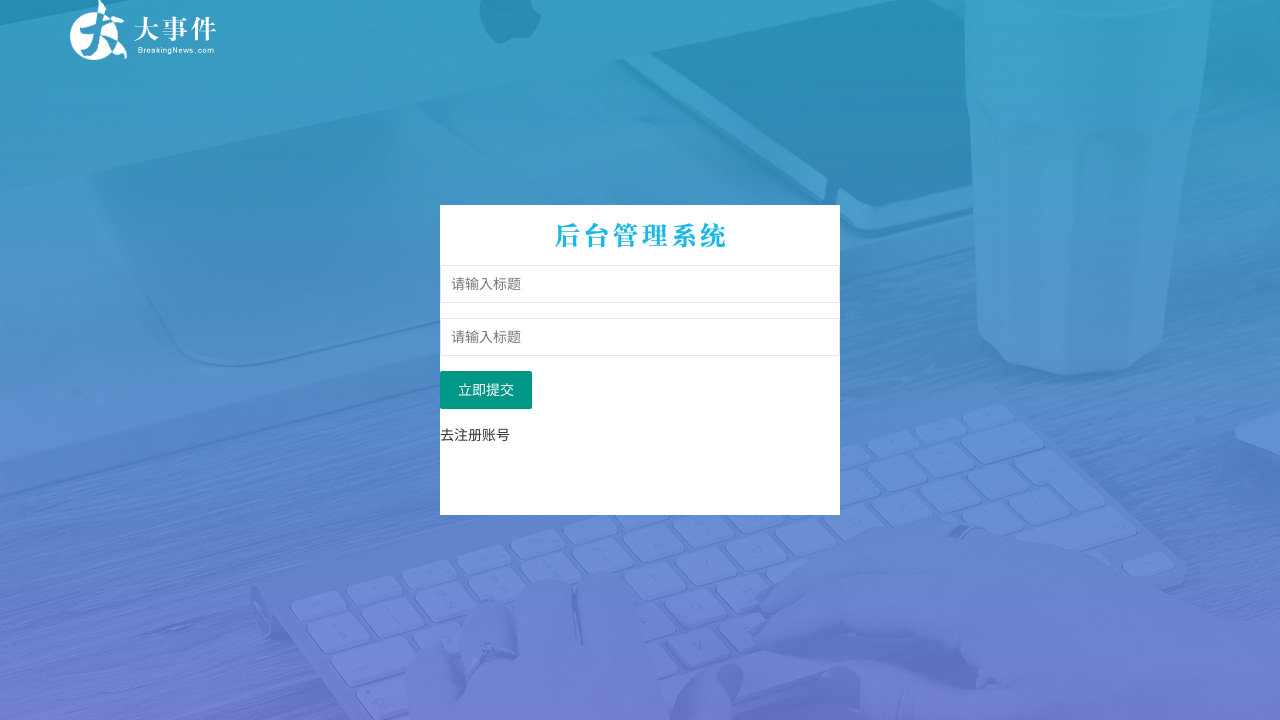
Repository: R1Deemo/Main-project
Page: login.html
These files come from the project's save history. The page is drawn as it stood at one moment and after the next save; the edit follows.
The browser window is 1280 px wide. The pictures show the whole page.

Above is the page before, as saved 2022-10-28 20:07:49.

After the next save:
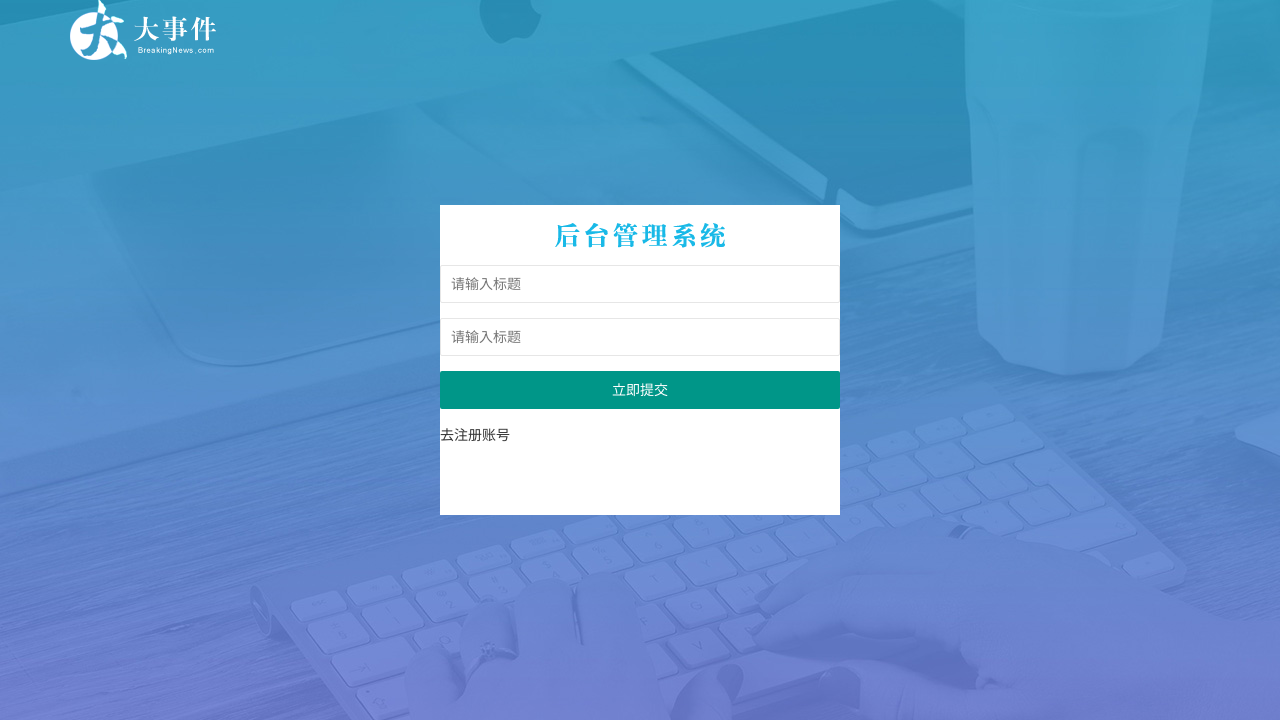
Saved 53 s later.
--- a/login.html
+++ b/login.html
@@ -32,7 +32,7 @@
                 </div>
                 <!-- 登录按钮 -->
                 <div class="layui-form-item">
-                    <button class="layui-btn" lay-submit lay-filter="formDemo">立即提交</button>
+                    <button class="layui-btn layui-btn-fluid" lay-submit lay-filter="formDemo">立即提交</button>
                 </div>
             </form>
             <a href="javascript:;" id="link_reg">去注册账号</a>
